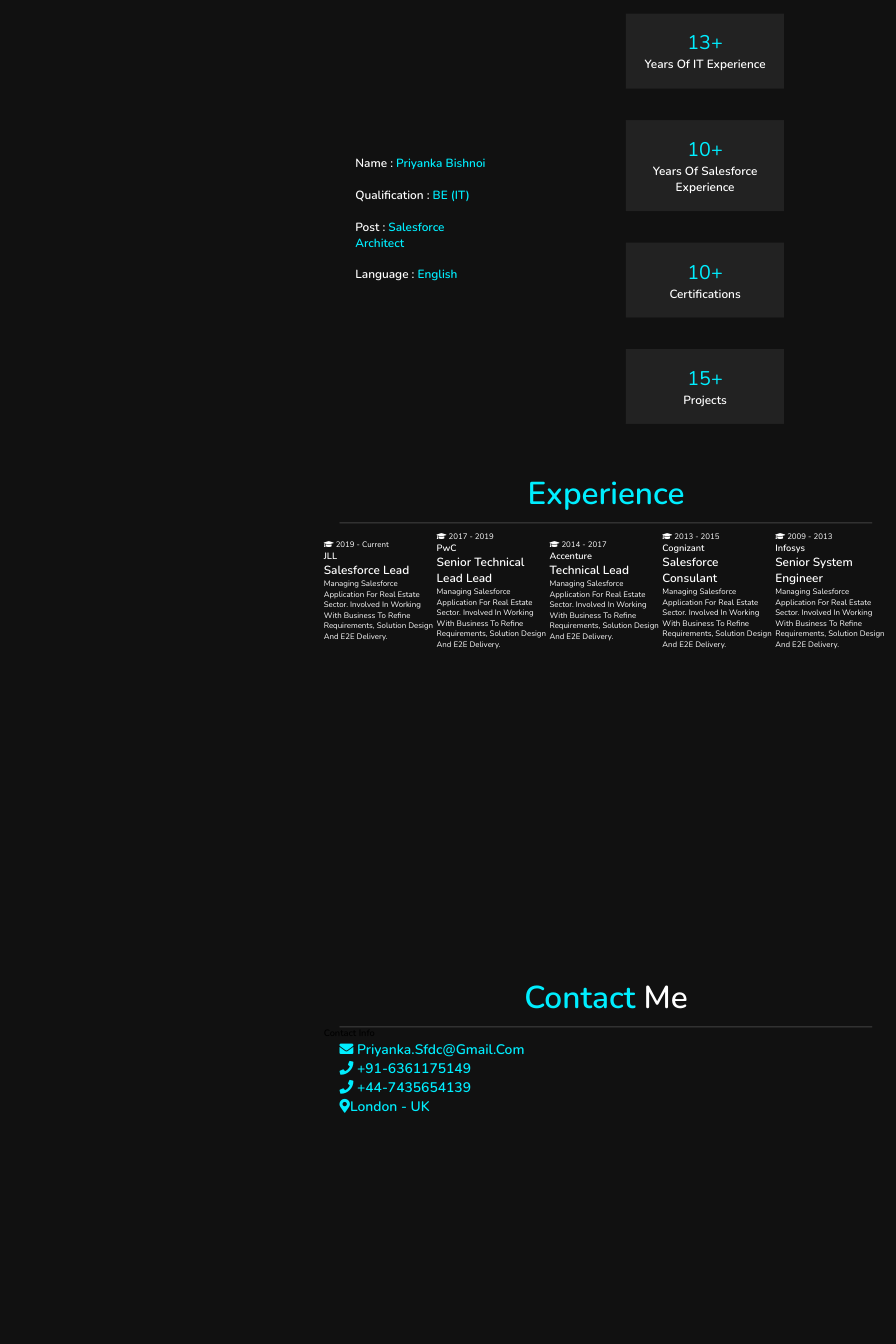
Repository: priyanka-bishnoi/PortfolioPage
Page: MyPage.html
The author's editor kept a copy of each file at every save. The page is drawn from the files as they stood at one save, then again after the next save.
The browser window is 1280 px wide. The pictures show the part of the page from y = 832 to 2752 px (the page is 2922 px tall), at 70% of full size.

Above is the page before, as saved 2022-10-09 14:49:51.

After the next save:
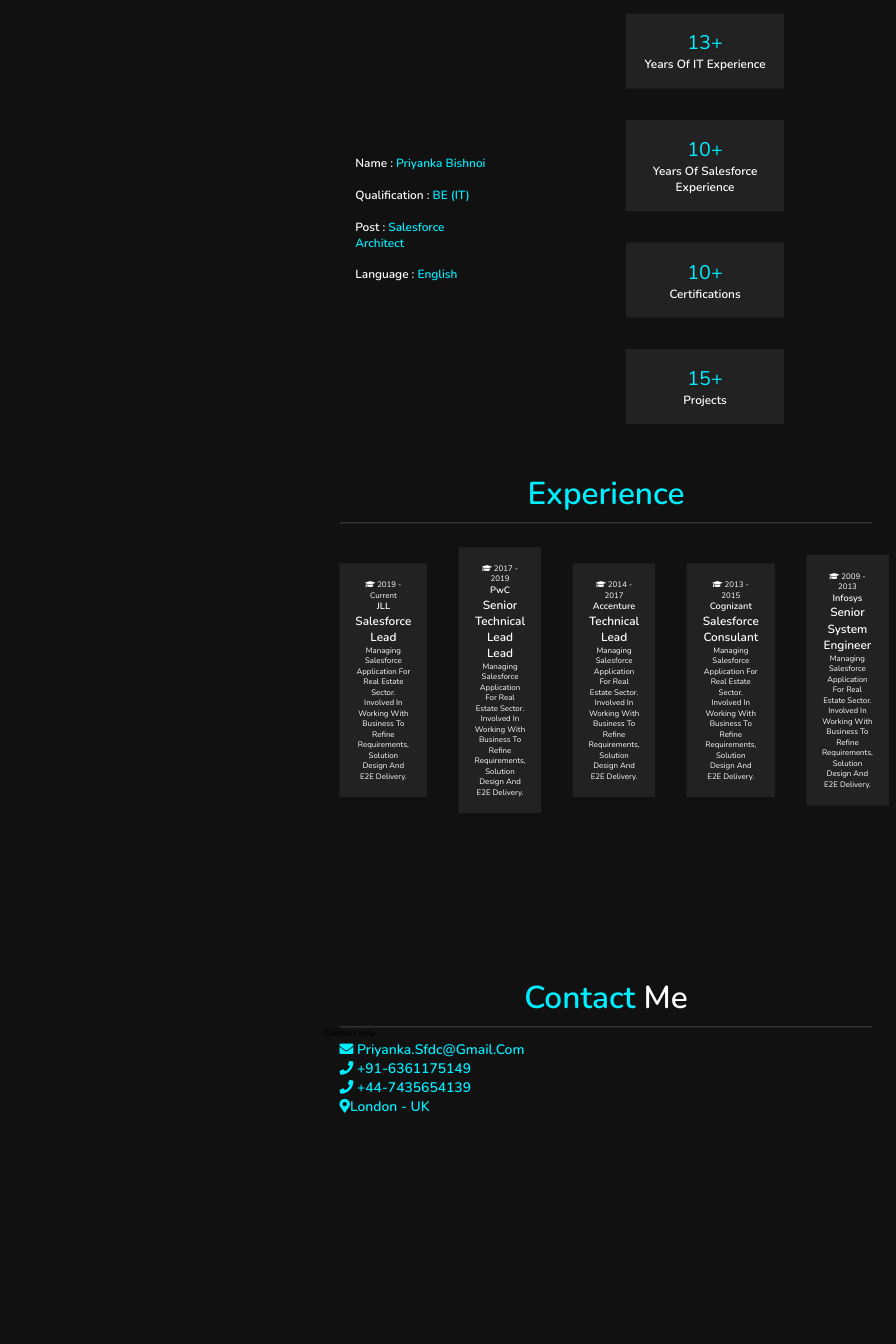
Saved 41 s later.
--- a/css/style.css
+++ b/css/style.css
@@ -207,6 +207,13 @@ header .navBar ul li a:hover{
        align-items: center;
 }
 
+.experience .exp .box {
+    width:20rem;
+    background:#222;
+    text-align: center;
+    padding: 2rem;
+    margin:2rem;
+}
 
 
 
